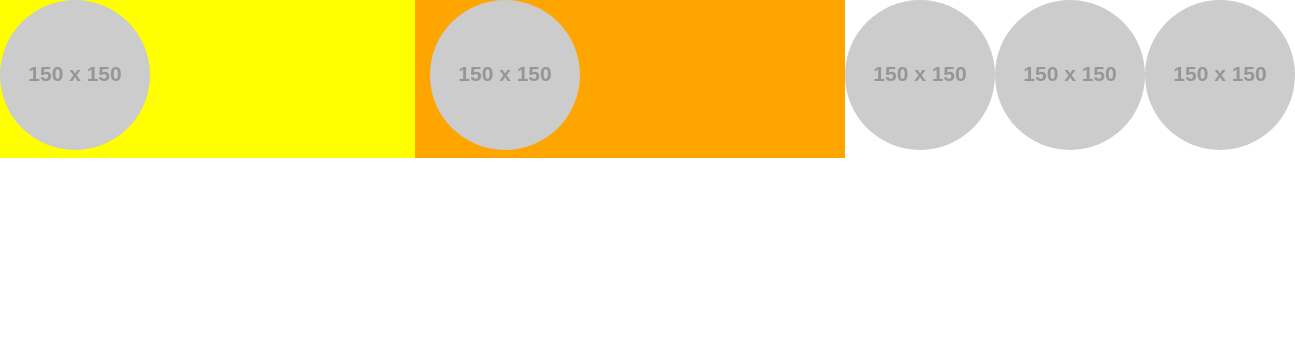
Repository: rsusolutions/RSU-Website
Page: quiz/index.html
The author's editor kept a copy of each file at every save. The page is drawn from the files as they stood at one save, then again after the next save.
The browser window is 1280 px wide. The page is 1295 px wide, so the pictures cover 1295 px, including what lies to the right of the window. The pictures show the whole page.
Some web libraries are served in a nearby version.

Above is the page before, as saved 2020-04-21 18:56:32.

### quiz/index.html
<!doctype html>
<html lang="en">
  <head>
    <!-- Required meta tags -->
    <meta charset="utf-8">
    <meta name="viewport" content="width=device-width, initial-scale=1, shrink-to-fit=no">

    <!-- Bootstrap CSS -->
    <link rel="stylesheet" href="https://maxcdn.bootstrapcdn.com/bootstrap/4.0.0/css/bootstrap.min.css" integrity="sha384-Gn5384xqQ1aoWXA+058RXPxPg6fy4IWvTNh0E263XmFcJlSAwiGgFAW/dAiS6JXm" crossorigin="anonymous">
    <link rel="stylesheet" href="style.css">
    <script src="script.js"></script>

    <title>quiz</title>
  </head>
  <body>
    <section class="section-preview row">


      <div class="col" style="background-color:yellow;">
    <img class="rounded-circle mb-2" alt="150x150" src="https://placehold.it/150x150" data-holder-rendered="true">
    </div>
      <div class="col" style="background-color:orange;">
    <img class="rounded-circle mb-2" alt="150x150" src="https://placehold.it/150x150" data-holder-rendered="true">
    </div>






                <img class="rounded-circle mb-2" alt="150x150" src="https://placehold.it/150x150" data-holder-rendered="true">
                <img class="rounded-circle mb-2" alt="150x150" src="https://placehold.it/150x150" data-holder-rendered="true">

                <img class="rounded-circle mb-2" alt="150x150" src="https://placehold.it/150x150" data-holder-rendered="true">



    </section>
    <!-- Optional JavaScript -->
    <!-- jQuery first, then Popper.js, then Bootstrap JS -->
    <script src="https://code.jquery.com/jquery-3.2.1.slim.min.js" integrity="sha384-KJ3o2DKtIkvYIK3UENzmM7KCkRr/rE9/Qpg6aAZGJwFDMVNA/GpGFF93hXpG5KkN" crossorigin="anonymous"></script>
    <script src="https://cdnjs.cloudflare.com/ajax/libs/popper.js/1.12.9/umd/popper.min.js" integrity="sha384-ApNbgh9B+Y1QKtv3Rn7W3mgPxhU9K/ScQsAP7hUibX39j7fakFPskvXusvfa0b4Q" crossorigin="anonymous"></script>
    <script src="https://maxcdn.bootstrapcdn.com/bootstrap/4.0.0/js/bootstrap.min.js" integrity="sha384-JZR6Spejh4U02d8jOt6vLEHfe/JQGiRRSQQxSfFWpi1MquVdAyjUar5+76PVCmYl" crossorigin="anonymous"></script>
  </body>
</html>

### quiz/style.css
@import url(https://fonts.googleapis.com/css?family=Lato:100,400);
/* #the-final-countdown {
  background: #333;
  font-family: 'Lato', sans-serif;
  text-align: center;
  color: #eee;
  text-shadow: 1px 1px 5px black;
  padding: 1rem 0;
  font-size: 3rem;
  border: 1px solid #000;
} */

### quiz/script.js
setInterval(function time() {
    var d = new Date();
    var hours = 18 - d.getHours();
    var min = 60 - d.getMinutes();
    if ((min + "").length == 1) {
        min = "0" + min;
    }
    var sec = 60 - d.getSeconds();
    if ((sec + "").length == 1) {
        sec = "0" + sec;
    }
    if(hours<0||min<0||sec<0){
        jQuery("#the-final-countdown").text("Time Up");
    }
    else{

        jQuery("#the-final-countdown").text("Time Left "+hours + ":" + min + ":" + sec);
    }
}, 1000);

After the next save:
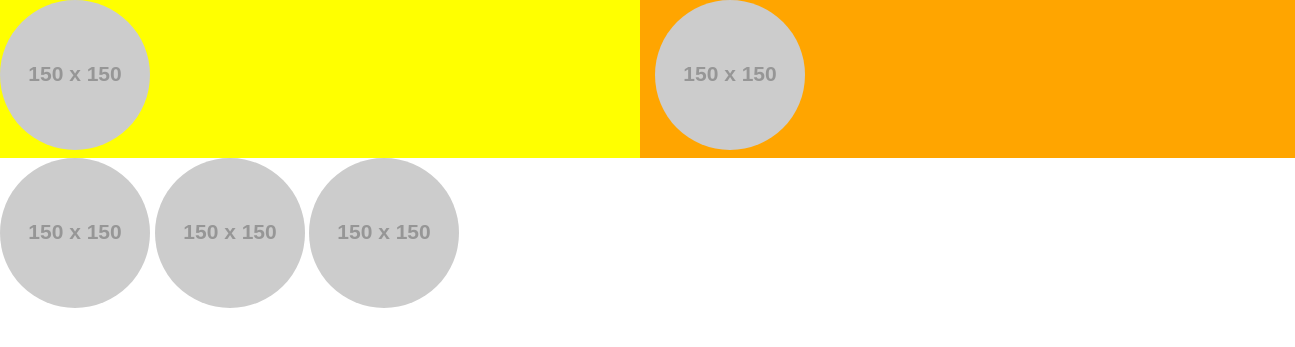
Saved 12 s later.
--- a/quiz/index.html
+++ b/quiz/index.html
@@ -13,16 +13,16 @@
     <title>quiz</title>
   </head>
   <body>
-    <section class="section-preview row">
+    <section class="section-preview ">
 
-
+ <div class="row">
       <div class="col" style="background-color:yellow;">
     <img class="rounded-circle mb-2" alt="150x150" src="https://placehold.it/150x150" data-holder-rendered="true">
     </div>
       <div class="col" style="background-color:orange;">
     <img class="rounded-circle mb-2" alt="150x150" src="https://placehold.it/150x150" data-holder-rendered="true">
     </div>
-
+    </div>
 
 
 
